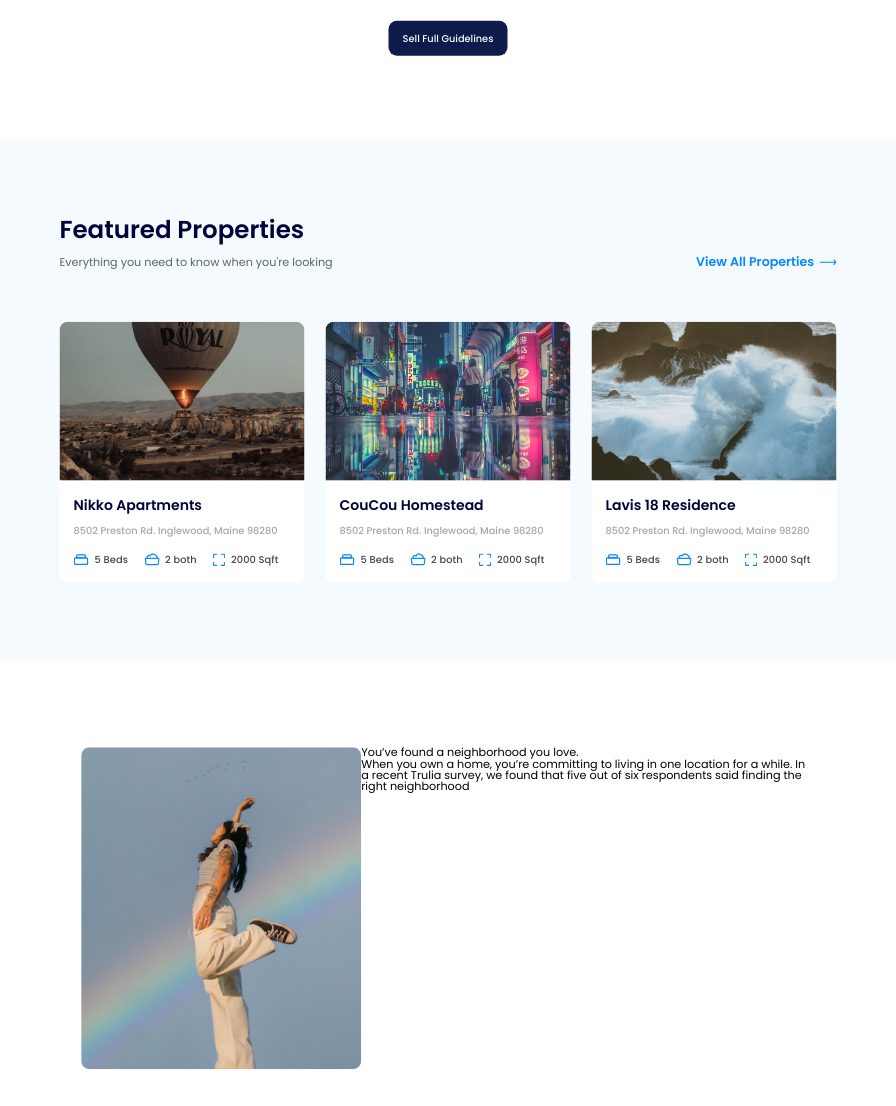
Repository: Tctiensk/f8-htmlcss-01
Page: index.html
An editor plug-in stored every save of this project. The page is shown before and after the next save, followed by the edit.
The browser window is 1280 px wide. The pictures show the part of the page from y = 1572 to 3492 px (the page is 3152 px tall before and 3492 px after), at 70% of full size.

Above is the page before, as saved 2022-12-10 11:32:17.

### index.html
<!DOCTYPE html>
<html lang="en">
    <head>
        <meta charset="UTF-8" />
        <meta http-equiv="X-UA-Compatible" content="IE=edge" />
        <meta name="viewport" content="width=device-width, initial-scale=1.0" />
        <title>F8 PROJECT 01</title>
        <link rel="stylesheet" href="./assets/css/reset.css" />
        <link rel="stylesheet" href="./assets/fonts/stylesheet.css" />
        <link rel="stylesheet" href="./assets/css/style.css" />
    </head>

    <body>
        <main style="height: 3000px">
            <!-- header -->
            <header class="header">
                <div class="content">
                    <nav class="navbar">
                        <!-- logo -->
                        <img src="./assets/img/Logo.svg" alt="Besnik." />
                        <!-- navigation -->
                        <ul>
                            <li><a href="#!">Home</a></li>
                            <li><a href="#!">Features</a></li>
                            <li><a href="#!">Services</a></li>
                            <li><a href="#!">Resources</a></li>
                            <li><a href="#!">Contact</a></li>
                        </ul>

                        <!-- action -->
                        <div class="action">
                            <a href="" class="action-link">Sign in </a>
                            <a href="" class="btn action-btn">Sign up </a>
                        </div>
                    </nav>

                    <div class="hero">
                        <div class="info">
                            <p class="sub-title">Welcome to Besnik Agency</p>
                            <h1 class="title">
                                Discover a place you'll love to live.
                            </h1>
                            <p class="desc">
                                Get the best real estate deals first, before
                                they hit the mass market! HOT FORECLOSURE DEALS
                                with one simple search.
                            </p>
                            <a href="#!" class="btn hero-cta">More About Us</a>
                        </div>
                        <img
                            src="./assets/img/house illustration.svg"
                            alt="Discover a place you'll love to live."
                            class="hero-img"
                        />
                    </div>
                </div>
            </header>
            <div class="clients">
                <div class="content">
                    <div class="row">
                        <!-- logo -->
                        <img src="./assets/img/Logo.svg" alt="Besnik." />

                        <!-- Stars -->
                        <div class="stars">
                            <img src="./assets/img/Vector.svg" alt="Star" />
                            <img src="./assets/img/Vector.svg" alt="Star" />
                            <img src="./assets/img/Vector.svg" alt="Star" />
                            <img src="./assets/img/Vector.svg" alt="Star" />
                            <img src="./assets/img/Vector.svg" alt="Star" />
                        </div>
                    </div>
                    <div class="row row-desc">
                        <p class="desc">
                            More than 45,000+ companies trust besnik
                        </p>
                        <p class="desc">5 Star Ratings (2k+ Review)</p>
                    </div>
                    <div class="images">
                        <img src="./assets/img/logo2.svg" alt="MeUndies" />
                        <img src="./assets/img/slack.svg" alt="slack" />
                        <img src="./assets/img/Union.svg" alt="amazon" />
                        <img src="./assets/img/commerce.svg" alt="commerce" />
                        <img src="./assets/img/sitepoint.svg" alt="sitepoint" />
                    </div>
                </div>
            </div>
            <!-- Guides -->
            <div class="guides">
                <div class="content">
                    <h2 class="sub-title">How its works?</h2>
                    <p class="desc">
                        Everything you need to know when you're looking to buy,
                        rent, or sell - all in one place.
                    </p>

                    <!-- === list guides ===== -->
                    <ul class="list-guides">
                        <li class="guide-item">
                            <img
                                src="./assets/img/bier.svg"
                                alt="buyer"
                                class="icon"
                            />
                            <h3 class="title">Buyer Guides</h3>
                            <a href="#!" class="link">
                                <span>How to buy</span>
                                <img
                                    src="./assets/img/arow.svg"
                                    alt="arrow right"
                                    class="arrow"
                                />
                            </a>
                        </li>
                        <li class="guide-item">
                            <img
                                src="./assets/img/render.svg"
                                alt="Renter Guides"
                                class="icon"
                            />
                            <h3 class="title">Renter Guides</h3>
                            <a href="#!" class="link">
                                <span>How to rent</span>
                                <img
                                    src="./assets/img/arow.svg"
                                    alt="arrow right"
                                    class="arrow"
                                />
                            </a>
                        </li>
                        <li class="guide-item">
                            <img
                                src="./assets/img/home.svg"
                                alt="Seller Guides"
                                class="icon"
                            />
                            <h3 class="title">Seller Guides</h3>
                            <a href="#!" class="link">
                                <span>How to sell</span>
                                <img
                                    src="./assets/img/arow.svg"
                                    alt="arrow right"
                                    class="arrow"
                                />
                            </a>
                        </li>
                    </ul>

                    <div class="guides-cta">
                        <a href="#!" class="btn">Sell Full Guidelines</a>
                    </div>
                </div>
            </div>

            <!-- ==== featured ===== -->
            <div class="featured">
                <div class="content">
                    <header>
                        <h2 class="sub-title">Featured Properties</h2>
                        <div class="row">
                            <p class="desc">
                                Everything you need to know when you're looking
                            </p>
                            <a href="#!" class="link">
                                <span>View All Properties</span>
                                <img
                                    src="./assets/img/arow.svg"
                                    alt="arrow right"
                                    class="arrow"
                                />
                            </a>
                        </div>
                    </header>

                    <div class="list">
                        <!-- ==== featured-1 ===== -->
                        <div class="item">
                            <a href="#!">
                                <img
                                    src="./assets/img/mesut-cicen-fzzh7qhUOMI-unsplash.jpg"
                                    alt="Nikko Apartments"
                                    class="thumb"
                                />
                            </a>
                            <div class="body">
                                <h3 class="title">
                                    <a href="#!">Nikko Apartments</a>
                                </h3>
                                <p class="desc">
                                    8502 Preston Rd. Inglewood, Maine 98280
                                </p>
                                <div class="info">
                                    <img
                                        src="./assets/img/icon-1.svg"
                                        alt=""
                                        class="icon"
                                    />
                                    <span class="lable">5 Beds</span>
                                    <img
                                        src="./assets/img/icon-2.svg"
                                        alt=""
                                        class="icon"
                                    />
                                    <span class="lable">2 both</span>
                                    <img
                                        src="./assets/img/icon-3.svg"
                                        alt=""
                                        class="icon"
                                    />
                                    <span class="lable">2000 Sqft</span>
                                </div>
                            </div>
                        </div>
                        <!-- ==== featured-2 ===== -->
                        <div class="item">
                            <a href="#!">
                                <img
                                    src="./assets/img/size-2.jpg"
                                    alt="CouCou Homestead"
                                    class="thumb"
                                />
                            </a>
                            <div class="body">
                                <h3 class="title">
                                    <a href="#!">CouCou Homestead</a>
                                </h3>
                                <p class="desc">
                                    8502 Preston Rd. Inglewood, Maine 98280
                                </p>
                                <div class="info">
                                    <img
                                        src="./assets/img/icon-1.svg"
                                        alt=""
                                        class="icon"
                                    />
                                    <span class="lable">5 Beds</span>
                                    <img
                                        src="./assets/img/icon-2.svg"
                                        alt=""
                                        class="icon"
                                    />
                                    <span class="lable">2 both</span>
                                    <img
                                        src="./assets/img/icon-3.svg"
                                        alt=""
                                        class="icon"
                                    />
                                    <span class="lable">2000 Sqft</span>
                                </div>
                            </div>
                        </div>
                        <!-- ==== featured-3 ===== -->
                        <div class="item">
                            <a href="#!">
                                <img
                                    src="./assets/img/size-3.jpg"
                                    alt="Lavis 18 Residence"
                                    class="thumb"
                                />
                            </a>
                            <div class="body">
                                <h3 class="title">
                                    <a href="#!" class="line-clamp"
                                        >Lavis 18 Residence</a
                                    >
                                </h3>
                                <p class="desc line-clamp">
                                    8502 Preston Rd. Inglewood, Maine 98280
                                </p>
                                <div class="info">
                                    <img
                                        src="./assets/img/icon-1.svg"
                                        alt=""
                                        class="icon"
                                    />
                                    <span class="lable">5 Beds</span>
                                    <img
                                        src="./assets/img/icon-2.svg"
                                        alt=""
                                        class="icon"
                                    />
                                    <span class="lable">2 both</span>
                                    <img
                                        src="./assets/img/icon-3.svg"
                                        alt=""
                                        class="icon"
                                    />
                                    <span class="lable">2000 Sqft</span>
                                </div>
                            </div>
                        </div>
                    </div>
                </div>
            </div>

            <!-- stats -->
            <div class="stats">
                <div class="content">
                    <div class="row">
                        <div class="img-block">
                            <img
                                src="./assets/img/img1.jpg"
                                alt="You’ve found a neighborhood you love."
                            />
                        </div>
                        <div class="info">
                            <h2 class="sub-title">
                                You’ve found a neighborhood you love.
                            </h2>
                            <p class="desc">
                                When you own a home, you’re committing to living
                                in one location for a while. In a recent Trulia
                                survey, we found that five out of six
                                respondents said finding the right neighborhood
                            </p>
                        </div>
                    </div>
                </div>
            </div>
        </main>
    </body>
</html>

### assets/css/style.css
* {
    box-sizing: border-box;
}

:root {
    --primary-color: #0f1b4c;
}
html {
    font-size: 62.5%;
}
body {
    font-size: 1.6rem;
    font-family: "Poppins", sans-serif;
}
/* common */
a {
    text-decoration: none;
}
.content {
    width: 1110px;
    max-width: calc(100% -48px);
    margin-left: auto;
    margin-right: auto;
}
.line-clamp {
    display: -webkit-box;
    -webkit-line-clamp: var(--line-clamp, 2);
    -webkit-box-orient: vertical;
    overflow: hidden;
}
.btn {
    display: inline-block;
    min-width: 98px;
    padding: 18px 16px;
    background: var(--primary-color);
    border-radius: 12px;
    font-weight: 500;
    font-size: 1.4rem;
    text-align: center;
    color: #ffffff;
}
.btn:hover {
    opacity: 0.9;
}

/* ================= header ====================*/
.header {
    height: 100vh;
    background: #e6f0ff;
    position: relative;
}
.navbar {
    display: flex;
    align-items: center;
    padding-top: 38px;
}
.navbar ul {
    display: flex;
    margin-left: 50px;
}
.navbar .action {
    margin-left: auto;
}
.navbar ul a {
    font-weight: 500;
    font-size: 1.4rem;
    color: #4f5361;
    padding: 8px 1.4rem;
}
.navbar ul a:hover {
    text-decoration: underline;
}
.navbar .action-link {
    font-weight: 500;
    font-size: 1.4rem;
    line-height: 21px;
    color: var(--primary-color);
}
.btn.hero-cta {
    min-width: 170px;
    margin-top: 40px;
}
.navbar .action-btn {
    padding: 13px 16px;
    margin-left: 18px;
    border-radius: 8px;
}
.hero {
    margin-top: 130px;
}
.hero .sub-title {
    font-weight: 500;
    font-size: 1.8rem;
    line-height: 1.5;
    letter-spacing: 0.01em;
    color: #687691;
}
.hero .title {
    margin-top: 8px;
    font-weight: 700;
    font-size: 6.2rem;
    line-height: 1.19;
    color: #000336;
}
.hero .info {
    width: 51%;
}
.hero .desc {
    margin-top: 30px;
    font-weight: 400;
    font-size: 18px;
    line-height: 1.78;
    color: #5a6473;
}
.hero-img {
    position: absolute;
    bottom: 0;
    right: 65px;
}
/* clients  */
.clients {
    margin-top: 79px;
    padding: 43px 0 63px 0;
}
.clients .row {
    display: flex;
    justify-content: space-between;
}
.clients .desc {
    font-weight: 500;
    font-size: 16px;
    line-height: 1.25;
    color: #7d8589;
}
.clients .row-desc {
    margin-top: 23px;
}
.clients .images {
    display: flex;
    justify-content: space-between;
    margin-top: 96px;
}
/* ================ guile ============= */
.guides {
    margin-top: 40px;
    padding: 93px 0 79px;
}
.guides .sub-title {
    position: relative;
    font-weight: 600;
    font-size: 3.5rem;
    line-height: 1;
    text-align: center;
    color: #000339;
}
.guides .sub-title::before {
    position: absolute;
    top: -10px;
    left: 50%;
    transform: translateX(-50%);
    content: "";
    display: inline-block;
    width: 41px;
    height: 4px;
    background: #000339;
    border-radius: 12px;
}
.guides .desc {
    width: 459px;
    max-width: 100%;
    margin: 20px auto 0;
    font-weight: 400;
    font-size: 1.6rem;
    line-height: 1.88;
    text-align: center;
    color: #5a6473;
}
.list-guides {
    display: flex;
    justify-content: center;
    margin-top: 70px;
}
.guide-item {
    margin: 0 70px;
    text-align: center;
}
.guide-item .title {
    margin-top: 26px;
    font-weight: 500;
    font-size: 2rem;
    line-height: 1.1;
    color: #3b3c45;
}
.guide-item .link {
    display: inline-block;
    margin-top: 10px;
    font-weight: 600;
    font-size: 1.4rem;
    color: #0689ff;
}
.guide-item .arrow {
    margin-left: 6px;
}
.guides-cta {
    margin-top: 50px;
    display: flex;
    justify-content: center;
}
.guides-cta .btn {
    min-width: 170px;
}
/* ================ featured ============= */
.featured {
    margin-top: 41px;
    padding: 110px 0;
    background-color: #f5fafe;
}
.featured .sub-title {
    font-weight: 600;
    font-size: 3.5rem;
    line-height: 1;

    color: #000339;
}
.featured .row {
    display: flex;
    justify-content: space-between;
    margin-top: 15px;
}
.featured .desc {
    font-weight: 400;
    font-size: 1.6rem;
    line-height: 1.88;
    color: #5a6473;
}
.featured .link {
    display: flex;
    align-items: center;
    font-weight: 600;
    font-size: 1.8rem;
    color: #0689ff;
}
.featured .link .arrow {
    margin-left: 8px;
}
.featured .list {
    display: flex;
    gap: 30px;
    margin-top: 70px;
}
.featured .item {
    flex: 1;
    background-color: #ffffff;
    border-radius: 12px;
}
.featured .item .thumb {
    width: 100%;
    height: 227px;
    object-fit: cover;
    border-top-left-radius: 12px;
    border-top-right-radius: 12px;
}
.featured .item .body {
    margin: 17px 20px 24px;
}
.featured .item .title a {
    font-weight: 600;
    font-size: 2rem;
    line-height: 1.5;
    color: #000339;
}
.featured .item .desc {
    margin-top: 11px;
    font-weight: 500;
    font-size: 1.4rem;
    line-height: 1.5;
    color: #a3a6ab;
    word-break: break-all;
}
.featured .item .info {
    display: flex;
    align-items: center;
    margin-top: 21px;
}
.featured .item .lable {
    margin-left: 8px;
    font-weight: 500;
    font-size: 1.4rem;
    letter-spacing: 0.01em;

    color: #444444;
}
.featured .item .icon {
    margin-left: 23px;
}
.featured .item .icon:first-child {
    margin-left: 0;
}
/* =========== stats ============= */
.stats {
    margin-top: 75px;
    padding: 50px 0;
}
.stats .content {
    width: 1048px;
}
.stats .row {
    display: flex;
}
.stats .img-block,
.stars .info {
    width: 50%;
}
.stats .img-block img {
    width: 400px;
    height: 460px;
    object-fit: cover;
    border-radius: 12px;
}

Loaded but not shown: assets/css/reset.css (common file); assets/fonts/stylesheet.css (160 lines, source omitted)

After the next save:
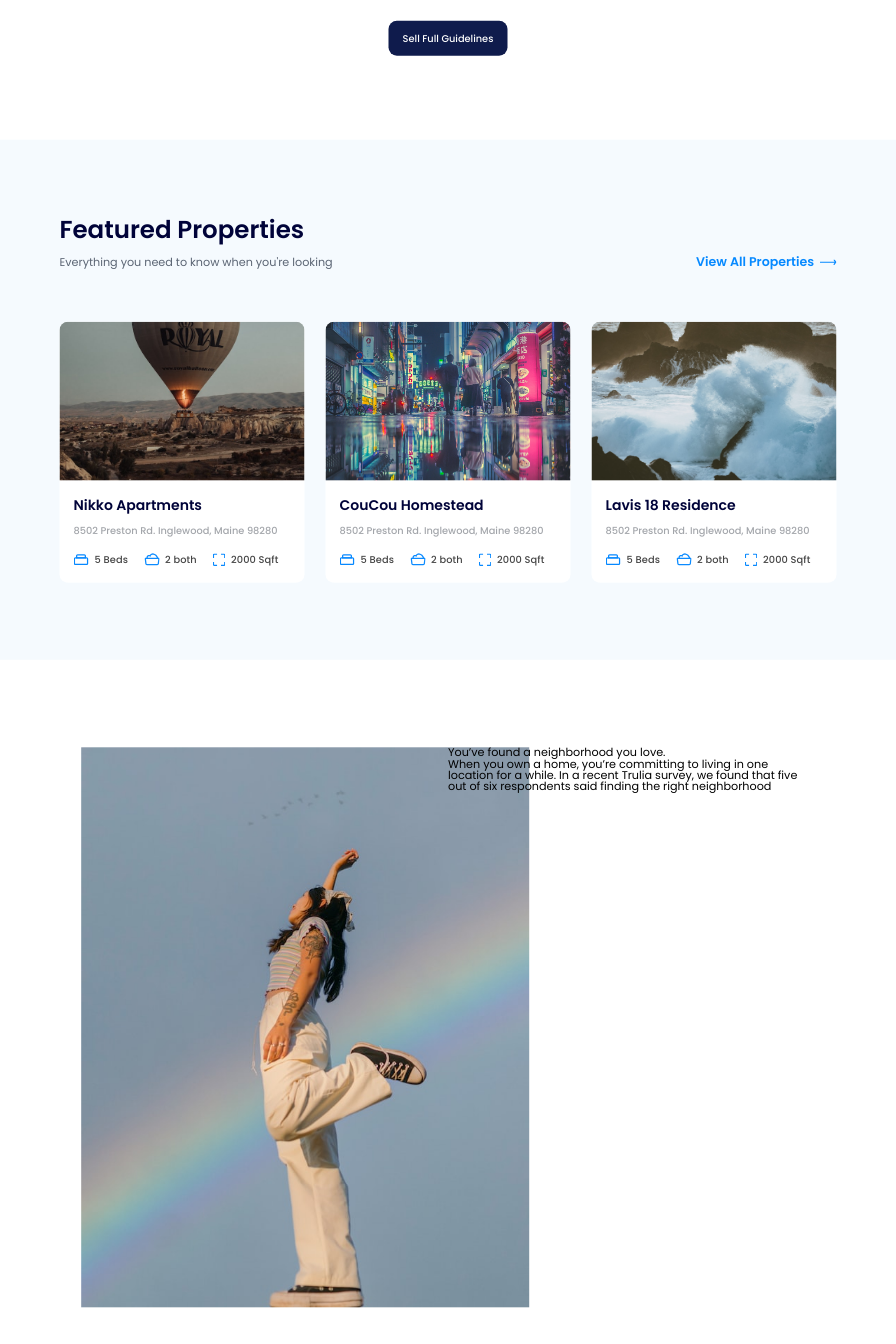
Saved 87 s later.
--- a/assets/css/style.css
+++ b/assets/css/style.css
@@ -311,9 +311,11 @@
 .stars .info {
     width: 50%;
 }
-.stats .img-block img {
+.stats .img-block .image {
+    display: block;
+    margin-left: auto;
     width: 400px;
     height: 460px;
+    border-radius: 12px;
     object-fit: cover;
-    border-radius: 12px;
-}
+}

After the save that followed:
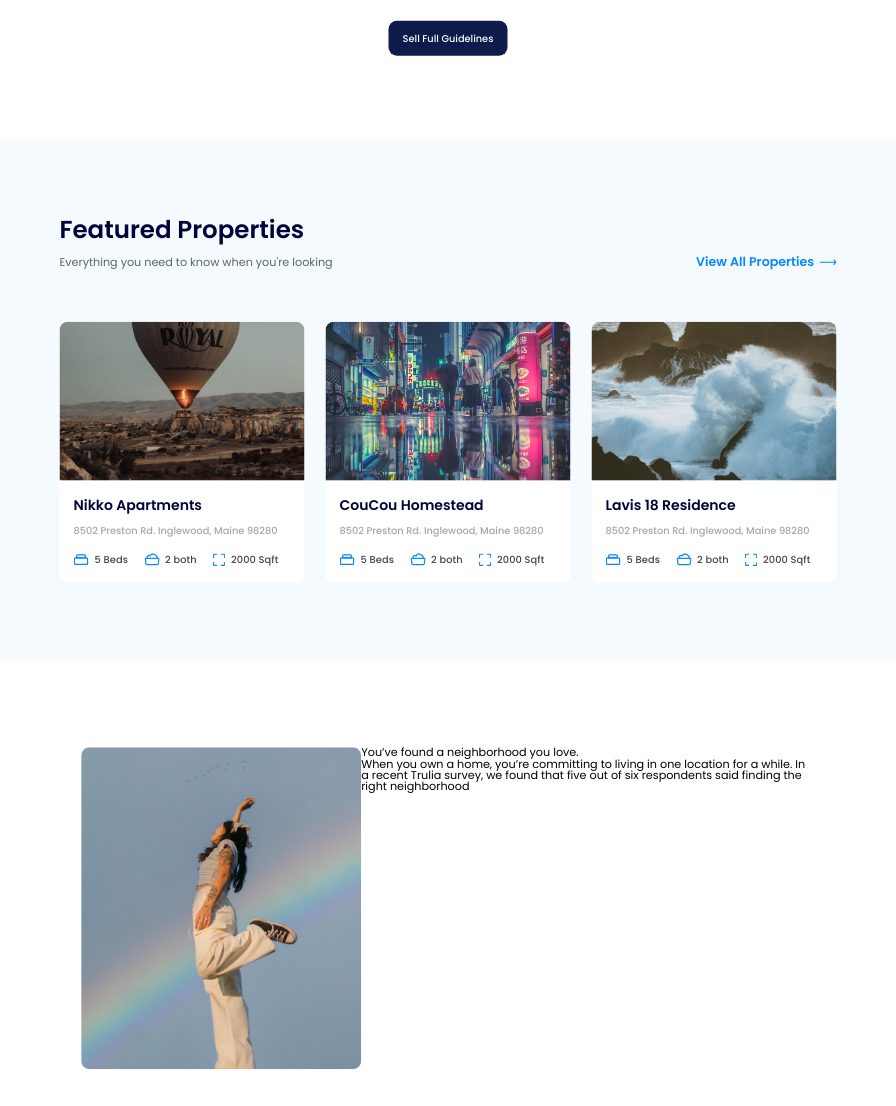
Saved 7 s later.
--- a/assets/css/style.css
+++ b/assets/css/style.css
@@ -311,11 +311,9 @@
 .stars .info {
     width: 50%;
 }
-.stats .img-block .image {
-    display: block;
-    margin-left: auto;
+.stats .img-block img {
     width: 400px;
     height: 460px;
+    object-fit: cover;
     border-radius: 12px;
-    object-fit: cover;
-}
+}
